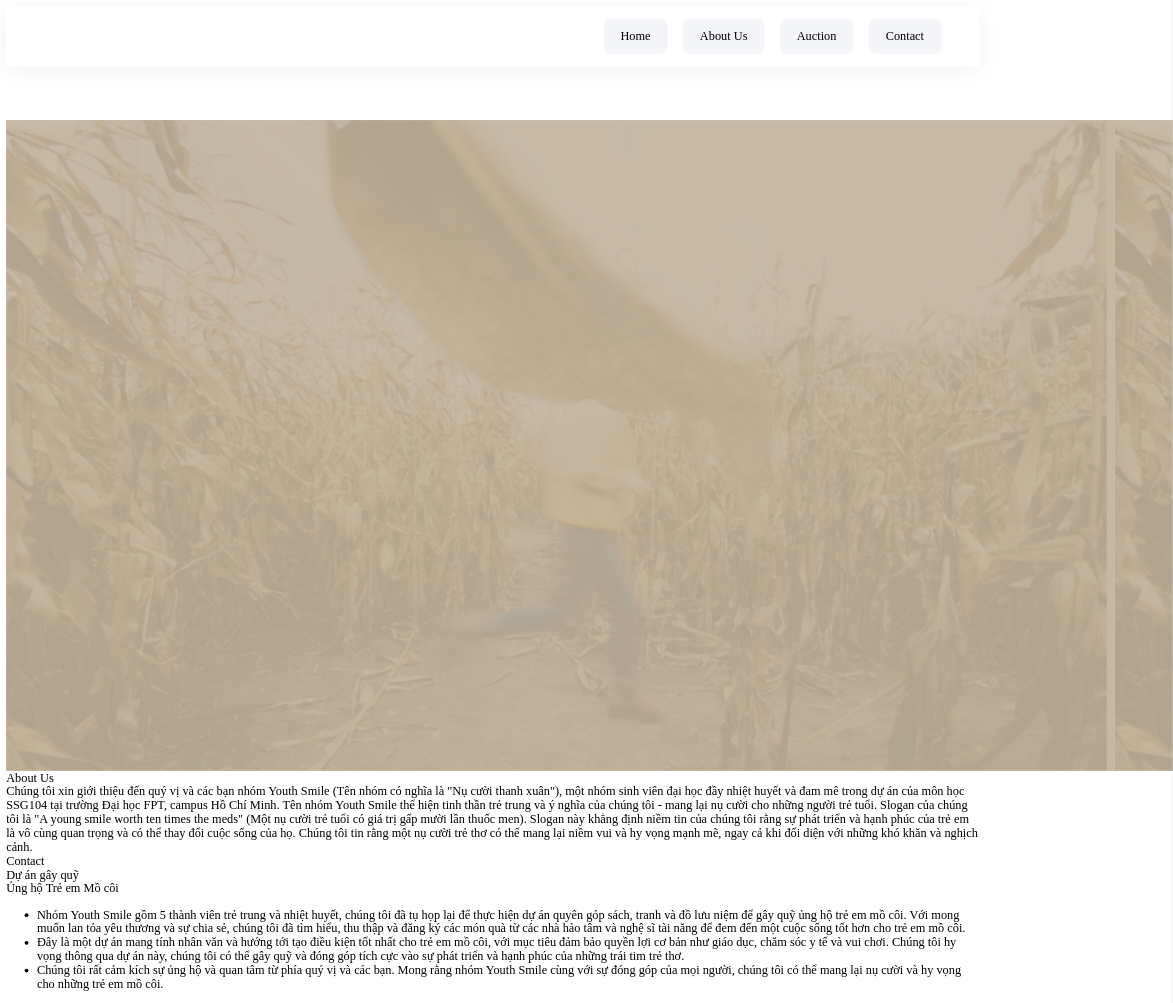
Repository: anatole24/Youth-Smile
Page: about.html
The author's editor kept a copy of each file at every save. The page is drawn from the files as they stood at one save, then again after the next save.
The browser window is 1280 px wide. The page is 1523 px wide, then 1518 px, so the pictures cover 1523 px, including what lies to the right of the window. The pictures show the whole page, at 77% of full size.
Some web fonts or font styles are not loaded; a fallback is used.

Above is the page before, as saved 2023-06-29 14:10:15.

After the next save:
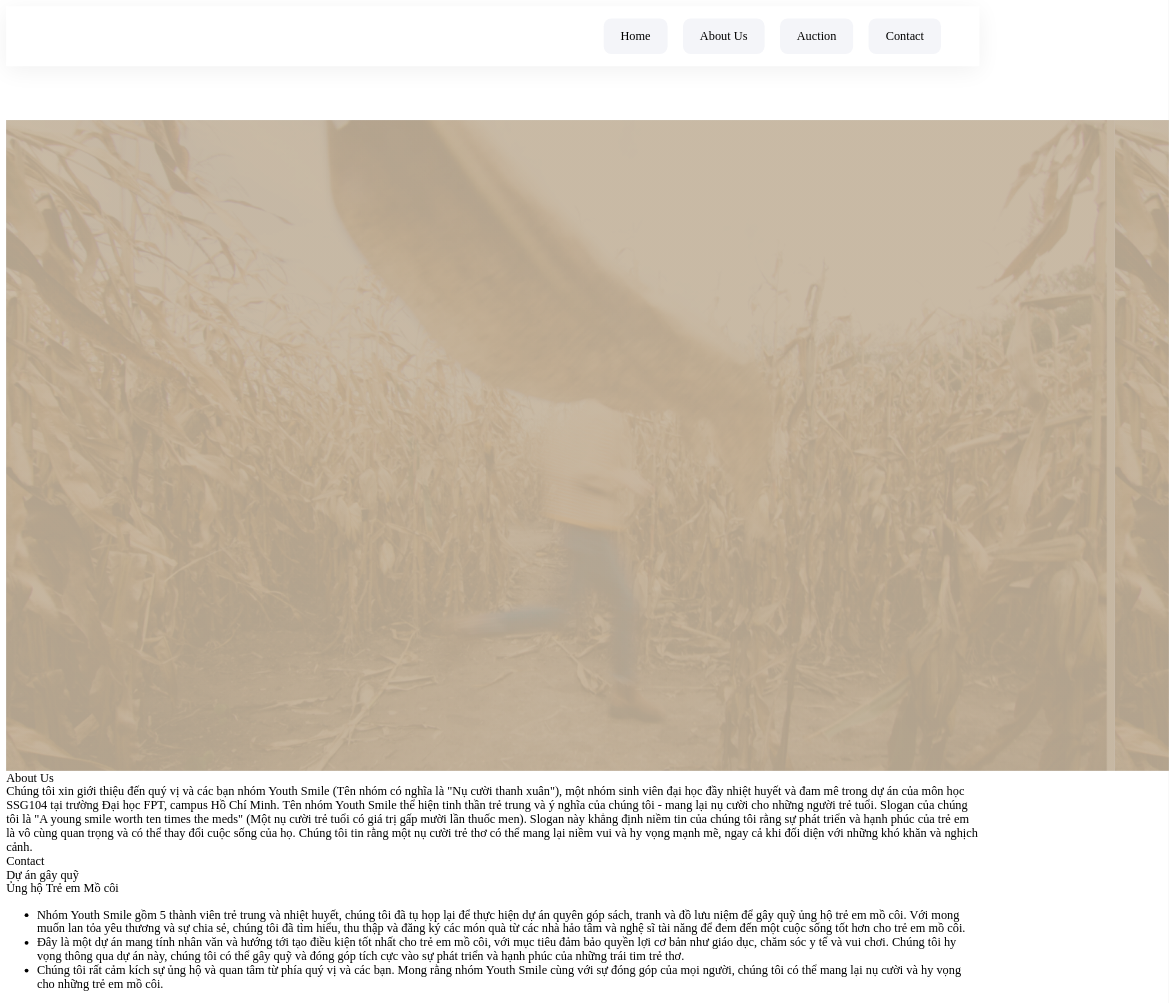
Saved 13 s later.
--- a/about.css
+++ b/about.css
@@ -1,5 +1,5 @@
 .top-img {
-  width: 1515px;
+  width: 1510px;
   height: 845px;
   flex-shrink: 0;
   background: linear-gradient(
